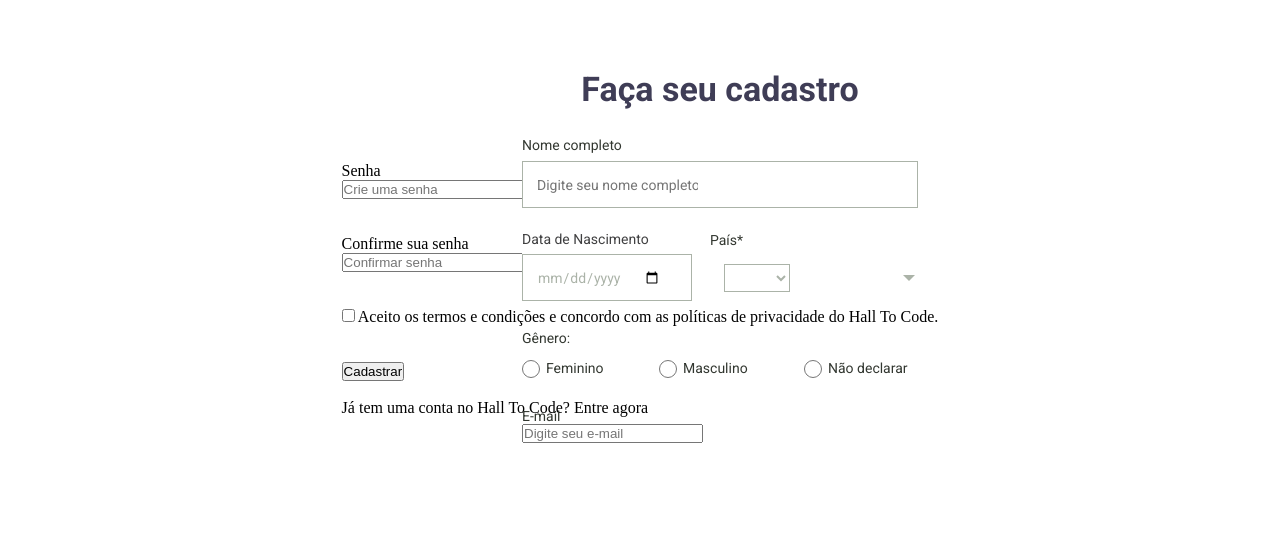
Repository: RenatoCCS/formularios
Page: cadastro.html
The author's editor kept a copy of each file at every save. The page is drawn from the files as they stood at one save, then again after the next save.
The browser window is 1280 px wide. The pictures show the whole page.

Above is the page before, as saved 2023-03-24 15:56:25.

After the next save:
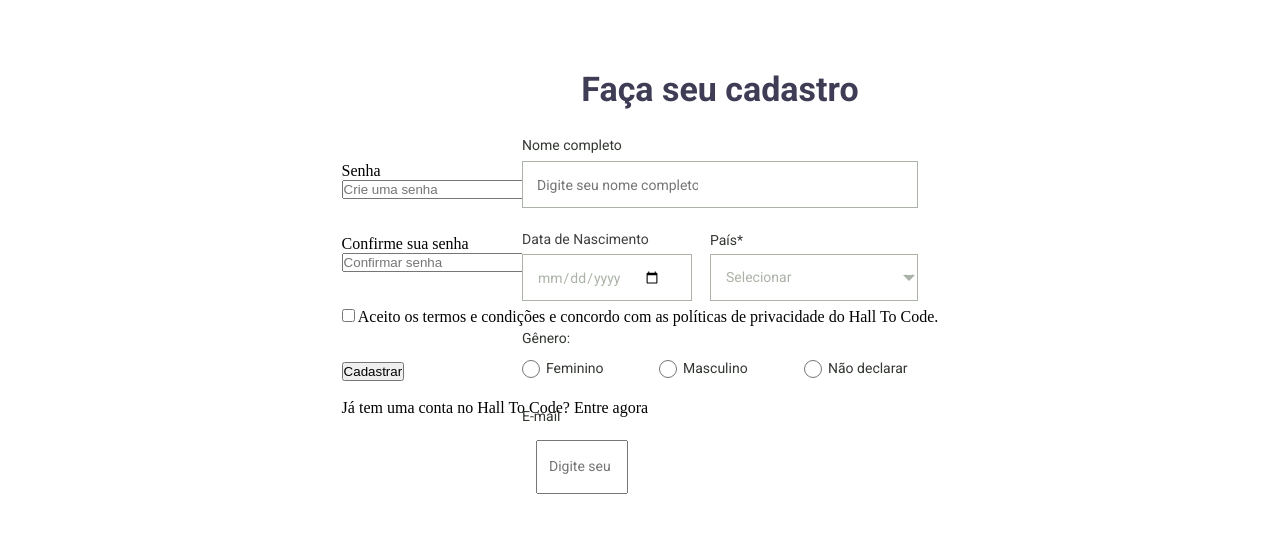
Saved 14 s later.
--- a/style.css
+++ b/style.css
@@ -326,7 +326,7 @@
   line-height: 24px;
 }
 
-.pais__Cadastro__Campo {
+.email__Cadastro__Campo {
   position: absolute;
   width: 66px;
   height: 24px;
